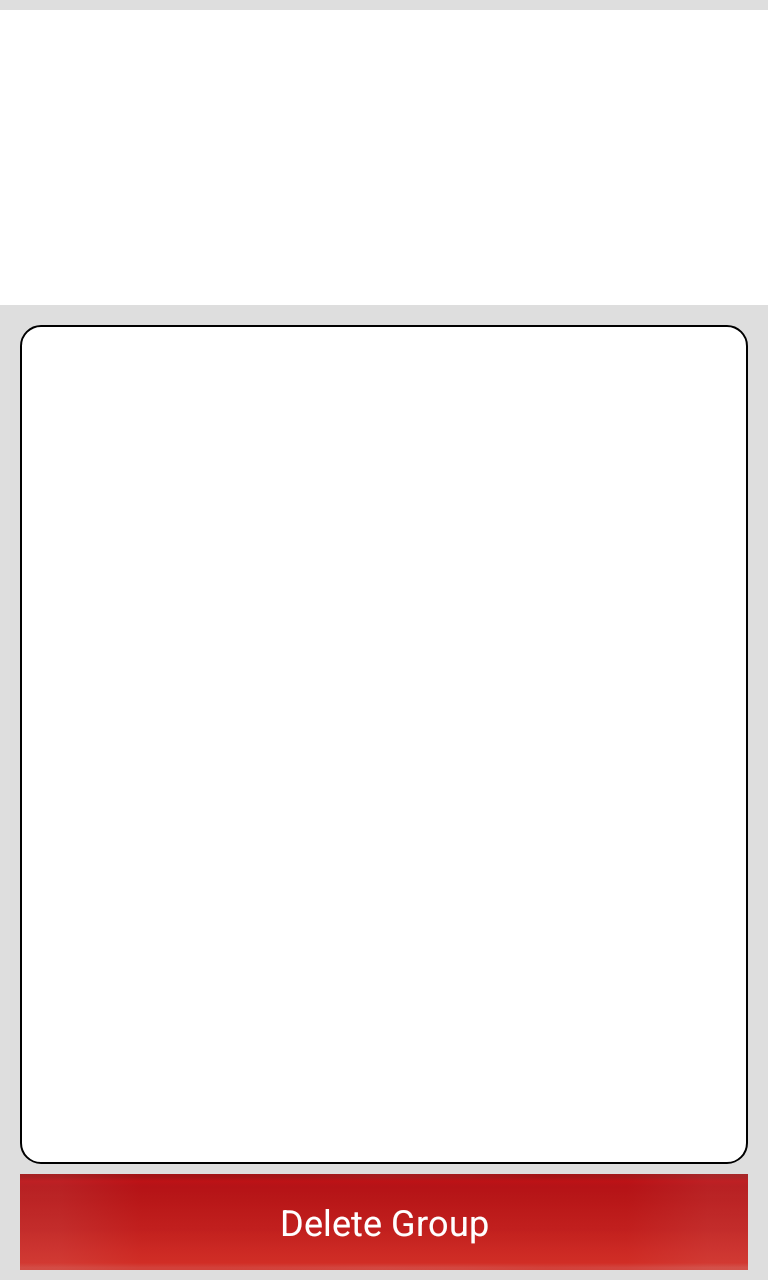
Repository: GitDidNotExitCleanly/FaceLabel
Layout: FaceLabel/res/layout/activity_group.xml
The author's editor kept a copy of each file at every save. The layout is drawn from the files as they stood at one save, then again after the next save.
It is drawn on a 768 x 1280 px phone screen (xhdpi) without system bars, with theme AppTheme; the app's code is not run. Lists and similar views that code fills are empty.

Above is the layout before, as saved 2015-05-13 10:52:57.

### FaceLabel/res/layout/activity_group.xml
<LinearLayout xmlns:android="http://schemas.android.com/apk/res/android"
    xmlns:tools="http://schemas.android.com/tools"
    android:layout_width="match_parent"
    android:layout_height="match_parent"
    android:gravity="center"
    android:orientation="vertical"
    android:background="#DEDEDE"
    android:paddingBottom="@dimen/activity_vertical_margin"
    android:paddingLeft="@dimen/activity_horizontal_margin"
    android:paddingRight="@dimen/activity_horizontal_margin"
    android:paddingTop="@dimen/activity_vertical_margin"
    tools:context="com.facelabel.contacts.group.GroupActivity" >

    <LinearLayout
        android:layout_width="match_parent"
        android:layout_height="300dp"
        android:layout_weight="1"
        android:background="#fff"
        android:gravity="center"
        android:layout_marginTop="5dp"
        android:paddingTop="2dp"
        android:paddingBottom="2dp"
        android:paddingLeft="10dp"
        android:paddingRight="10dp" >

        <ImageView
            android:id="@+id/activity_group_groupPhoto"
            android:layout_width="match_parent"
            android:layout_height="match_parent"
            android:scaleType="fitXY" />
    </LinearLayout>

    <LinearLayout
        android:layout_width="match_parent"
        android:layout_height="match_parent"
        android:layout_marginLeft="10dp"
        android:layout_marginRight="10dp"
        android:layout_marginTop="5dp"
        android:layout_marginBottom="5dp"
        android:layout_weight="1"
        android:orientation="vertical" >

        <GridView
            android:id="@+id/activity_group_memberList"
            android:layout_width="match_parent"
            android:layout_height="wrap_content"
        	android:background="@drawable/group_member_display_background"
            android:layout_weight="1"
            android:gravity="center"
            android:horizontalSpacing="20dp"
            android:numColumns="3"
            android:stretchMode="columnWidth"
            android:verticalSpacing="20dp"
            android:layout_marginTop="5dp"
            android:layout_marginBottom="5dp" >
        </GridView>

        <Button
            android:id="@+id/activity_group_delete"
            android:layout_width="match_parent"
            android:layout_height="wrap_content"
            android:layout_weight="0"
            android:background="@drawable/delete_button_effect"
            android:text="Delete Group"
            android:textColor="#fff" />
    </LinearLayout>

</LinearLayout>

### FaceLabel/res/values/styles.xml
<resources>

    <!--
        Base application theme, dependent on API level. This theme is replaced
        by AppBaseTheme from res/values-vXX/styles.xml on newer devices.
    -->
    <style name="AppBaseTheme" parent="android:Theme.Light">
        <!--
            Theme customizations available in newer API levels can go in
            res/values-vXX/styles.xml, while customizations related to
            backward-compatibility can go here.
        -->
    </style>

    <!-- Application theme. -->
    <style name="AppTheme" parent="AppBaseTheme">
        <!-- All customizations that are NOT specific to a particular API-level can go here. -->
    </style>

    <style name="PopupMenuAnimation" parent="android:Animation">
        <item name="android:windowEnterAnimation">@anim/slide_up_dialog</item>
        <item name="android:windowExitAnimation">@anim/slide_out_down</item>
	</style>

</resources>

### FaceLabel/res/drawable-mdpi/group_member_display_background.xml
<?xml version="1.0" encoding="utf-8"?>
<shape xmlns:android="http://schemas.android.com/apk/res/android"
    android:shape="rectangle">
    <solid android:color="#ff0000ff"/>
    <stroke android:width="1dp" android:color="#000000" />
    <gradient
        android:startColor="#FFFFFF"
        android:endColor="#FFFFFF"/>
    <padding android:left="7dp"
        android:top="7dp"
        android:right="7dp"
        android:bottom="7dp" />
    <corners android:radius="10dp" />
</shape>

### FaceLabel/res/drawable-mdpi/delete_button_effect.xml
<?xml version="1.0" encoding="utf-8"?>
<selector xmlns:android="http://schemas.android.com/apk/res/android" >
    <item android:state_pressed="false" android:drawable="@drawable/button_delete" />
    <item android:state_pressed="true" android:drawable="@drawable/button_delete_pressed" />
    <item android:drawable="@drawable/button_delete" />
</selector>

Loaded but not shown: FaceLabel/res/values-v11/styles.xml (common file); FaceLabel/res/values-v14/styles.xml (common file); FaceLabel/res/values/dimens.xml (common file); FaceLabel/res/values-w820dp/dimens.xml (common file)

After the next save:
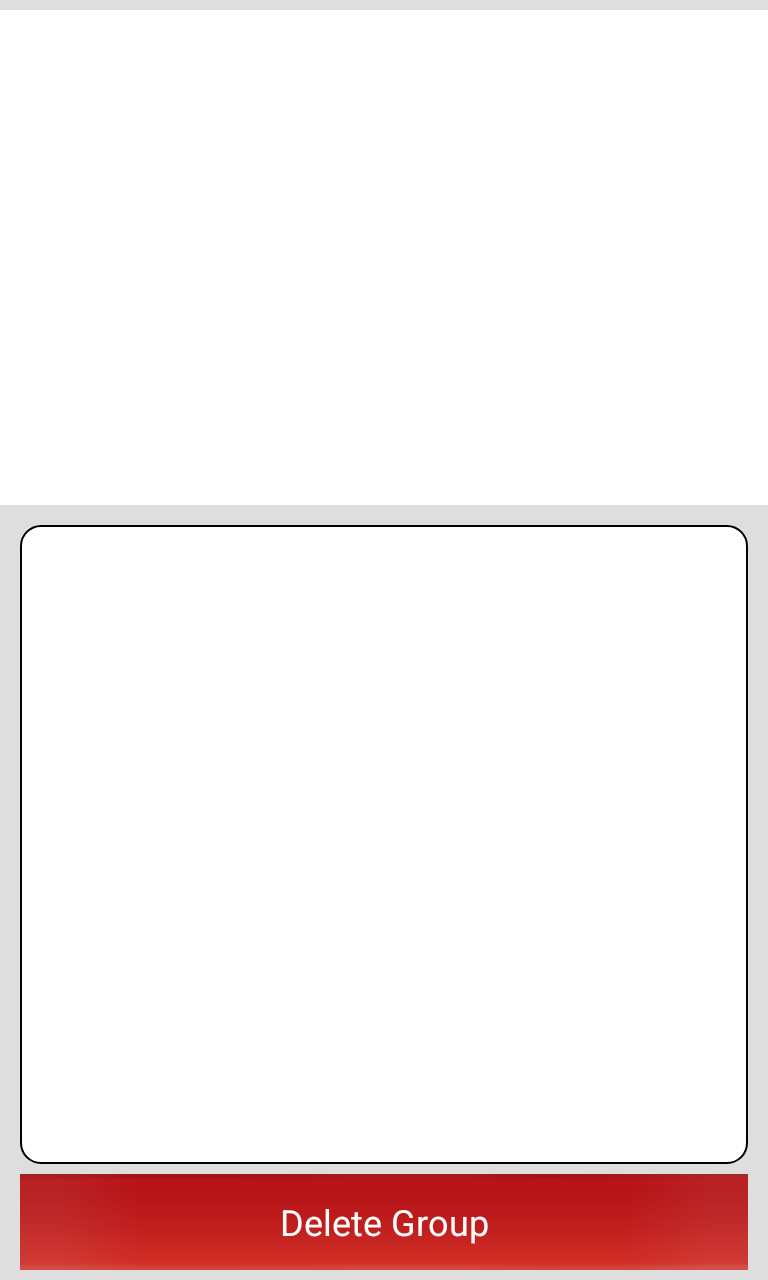
Saved 2 h 59 min later.
--- a/FaceLabel/res/layout/activity_group.xml
+++ b/FaceLabel/res/layout/activity_group.xml
@@ -13,7 +13,7 @@
 
     <LinearLayout
         android:layout_width="match_parent"
-        android:layout_height="300dp"
+        android:layout_height="500dp"
         android:layout_weight="1"
         android:background="#fff"
         android:gravity="center"
